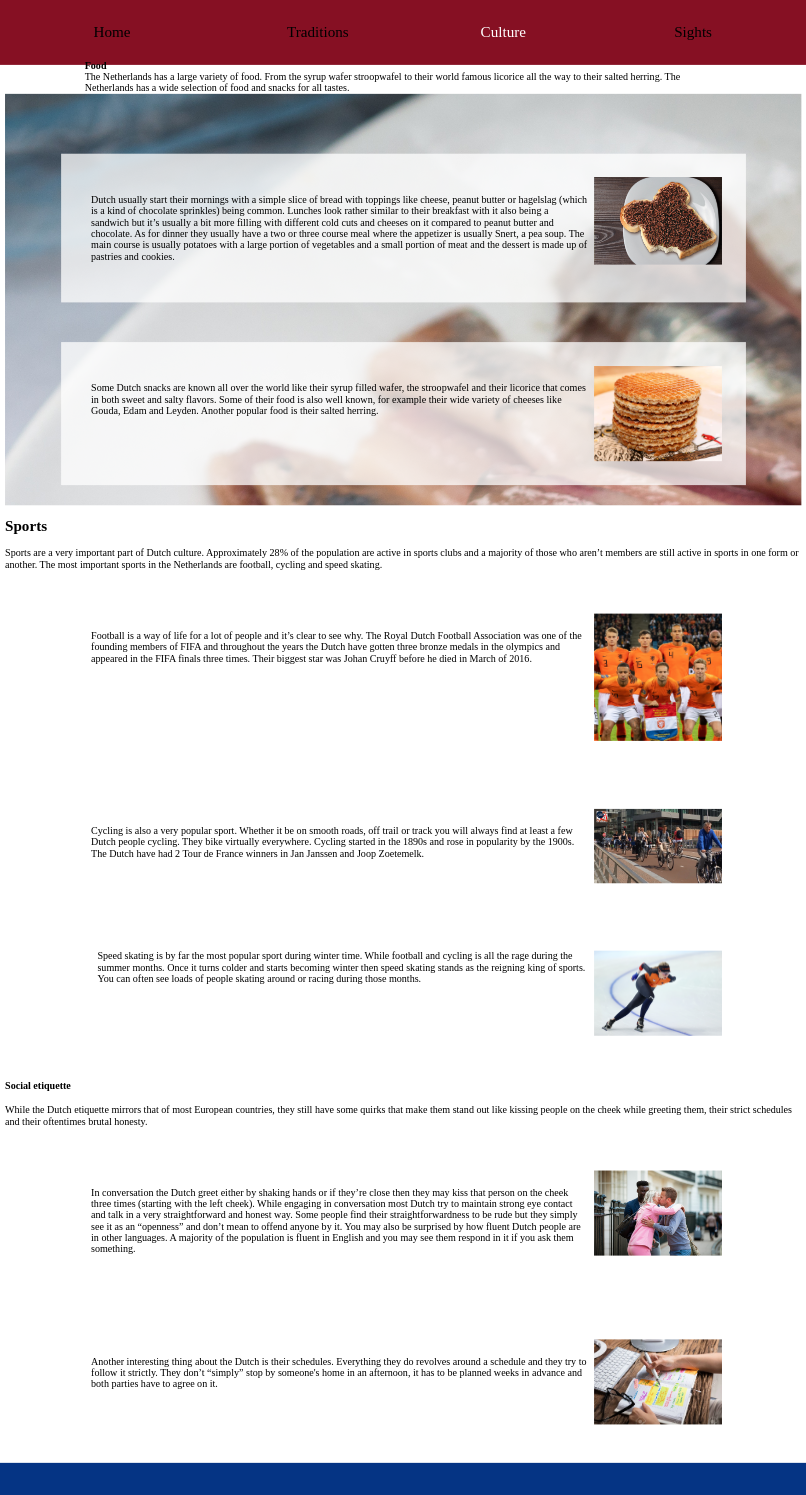
Repository: Cornman63/The-netherlands
Page: html/culture.html
An editor plug-in stored every save of this project. The page is shown before and after the next save, followed by the edit.
The browser window is 1280 px wide. The pictures show the whole page, at 63% of full size.

Above is the page before, as saved 2023-05-28 12:52:05.

After the next save:
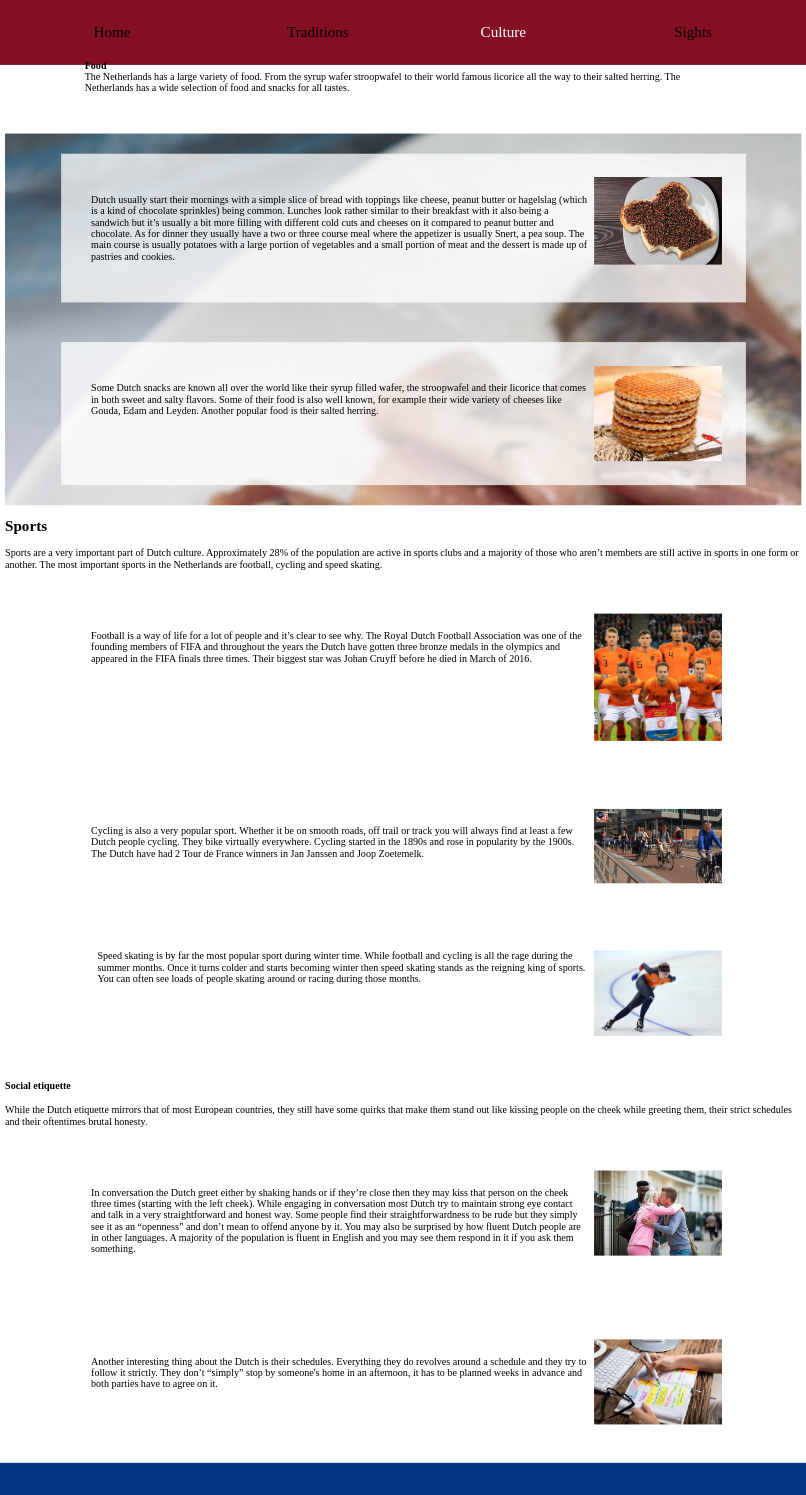
Saved 7 s later.
--- a/CSS/style2.css
+++ b/CSS/style2.css
@@ -45,7 +45,7 @@ footer{
     flex-direction: column;
     background-image: url(../images/herring.jpg);
     border: 5%;
-    padding-top: 5%;;
+    margin-top: 5%;
 }
 .food,#foodh {
     margin: auto;
